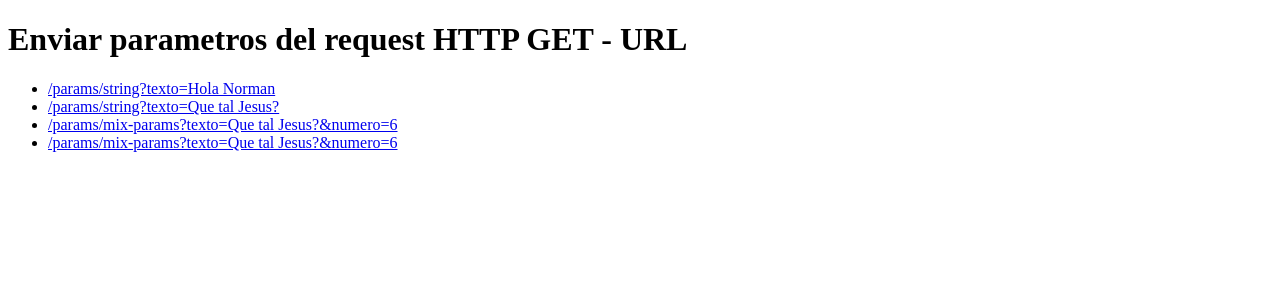
Repository: Norman-Cordova/SpringBootGuzman
Page: http://localhost/params/index
The author's editor kept a copy of each file at every save. The page is drawn from the files as they stood at one save, then again after the next save.
The browser window is 1280 px wide. The pictures show the whole page.
The page is this project's Thymeleaf template; nobody is signed in. The template is opened directly, without the code that normally fills it, so the values that code supplies are empty.

Above is the page before, as saved 2023-03-11 20:45:56.

### spring-boot-web/src/main/resources/templates/params/index.html
<!DOCTYPE html>
<html xmlns:th="http://www.thymeleaf.org">
<head>
<meta charset="UTF-8" />
<title>Enviar parametros del request HTTP GET - URL</title>
</head>
<body>
	<h1>Enviar parametros del request HTTP GET - URL</h1>
	<ul>
		<li><a th:href="@{/params/string(texto='Hola Norman')}">/params/string?texto=Hola
				Norman</a></li>
		<li><a th:href="@{/params/string(texto='Que tal Jesus?')}">/params/string?texto=Que
				tal Jesus?</a></li>
		<li><a th:href="@{/params/mix-params(saludo='Como estas Jesus?',numero=6)}">/params/mix-params?texto=Que
				tal Jesus?&numero=6</a></li>
		<li><a th:href="@{/params/mix-params-request(saludo='Como estas Jesus?',numero=6)}">/params/mix-params?texto=Que
				tal Jesus?&numero=6</a></li>
	</ul>
</body>
</html>

After the next save:
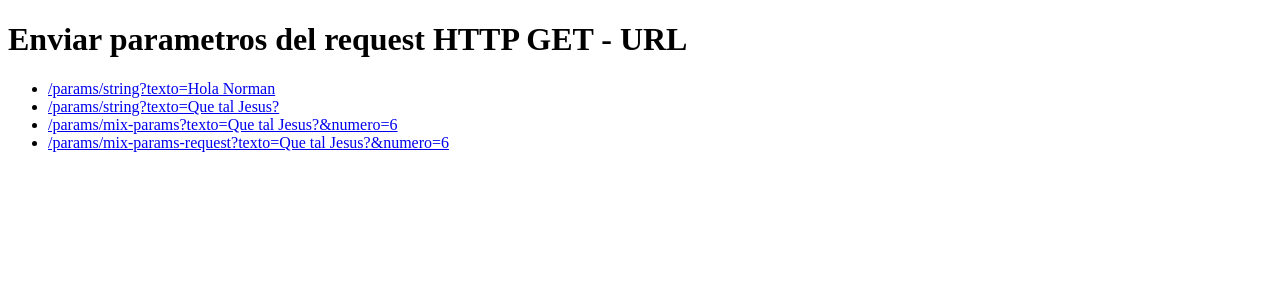
Saved 11 s later.
--- a/spring-boot-web/src/main/resources/templates/params/index.html
+++ b/spring-boot-web/src/main/resources/templates/params/index.html
@@ -13,7 +13,7 @@
 				tal Jesus?</a></li>
 		<li><a th:href="@{/params/mix-params(saludo='Como estas Jesus?',numero=6)}">/params/mix-params?texto=Que
 				tal Jesus?&numero=6</a></li>
-		<li><a th:href="@{/params/mix-params-request(saludo='Como estas Jesus?',numero=6)}">/params/mix-params?texto=Que
+		<li><a th:href="@{/params/mix-params-request(saludo='Como estas Jesus?',numero=6)}">/params/mix-params-request?texto=Que
 				tal Jesus?&numero=6</a></li>
 	</ul>
 </body>
